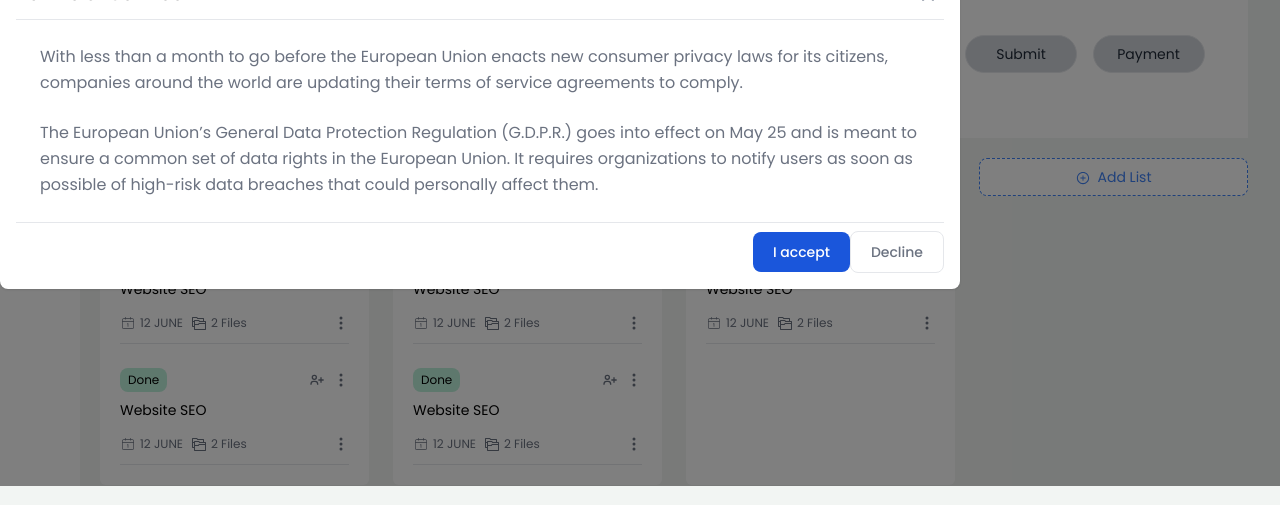
Repository: Shamraiz761/Frontend-Assessment
Page: /, after clicking the first element matching `button.bg-white`
These files come from the project's save history. The page is drawn as it stood at one moment and after the next save; the edit follows.
The browser window is 1280 px wide. The pictures show the part of the page from y = 234 to 739 px (the page is 739 px tall).
Pictures or frames that could not be fetched are drawn as grey boxes. The project was rebuilt for these pictures with package versions that can differ from the ones it lists, and the page was loaded fresh each time. Also part of the build but not shown: vite.config.js. Imported but missing from the stored project, and not drawn on this page: src/pages/auth/login.

Above is the page before, as saved 2023-06-09 12:56:26.

After the next save:
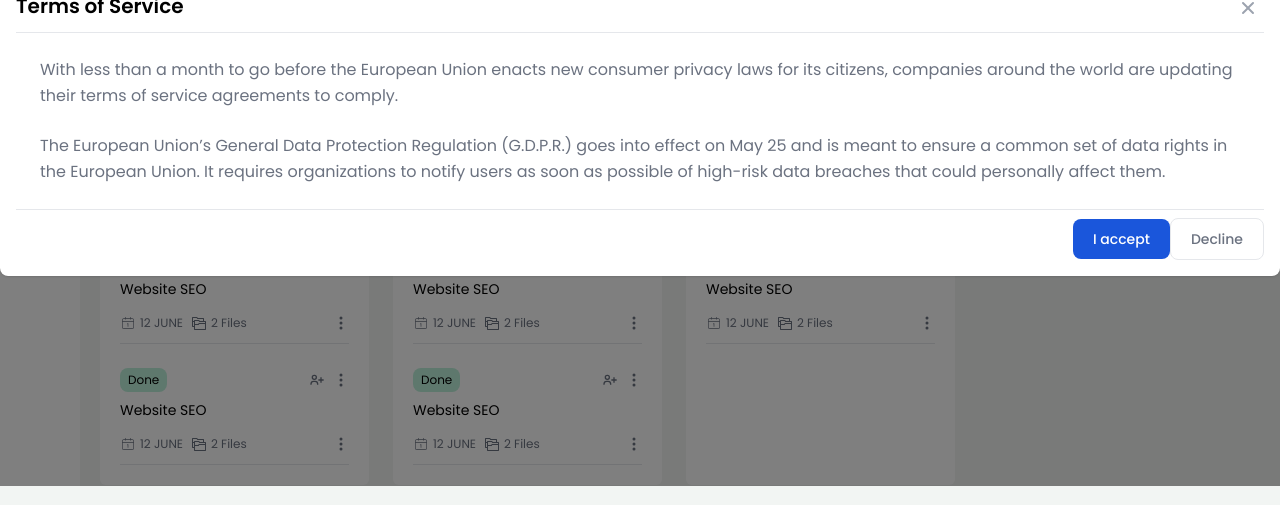
Saved 14 s later.
--- a/src/pages/Dashboard/index.jsx
+++ b/src/pages/Dashboard/index.jsx
@@ -62,7 +62,7 @@ function Home() {
           </button>
           {isModalOpen && (
             <div className="fixed  top-0 left-0 right-0 bottom-0 z-50   bg-opacity-50 bg-black">
-              <div className="w-9/12  flex min-h-screen  items-center justify-center ">
+              <div className="w-  flex min-h-screen  items-center justify-center ">
                 <div className="absolute bg-white rounded-lg shadow p-4">
                   {/* Modal header */}
                   <div className="flex items-start justify-between border-b pb-2">
